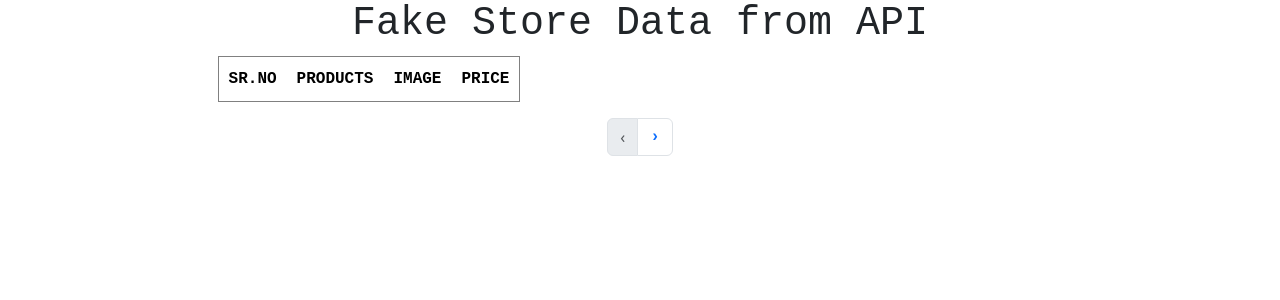
Repository: nisarg-patel612/Node_Integration_With_Frontend
Page: / (app in Frontend/FakeStore-API/)
These files come from the project's save history. The page is drawn as it stood at one moment and after the next save; the edit follows.
The browser window is 1280 px wide. The pictures show the whole page.
The page's requests for data from a server got no answer. The project was rebuilt for these pictures with package versions that can differ from the ones it lists, and the page was loaded fresh each time. No one was signed in, and anything a server would have sent is missing. Also part of the build but not shown: Frontend/FakeStore-API/vite.config.js, Frontend/FakeStore-API/src/index.css.

Above is the page before, as saved 2025-04-30 11:17:32.

After the next save:
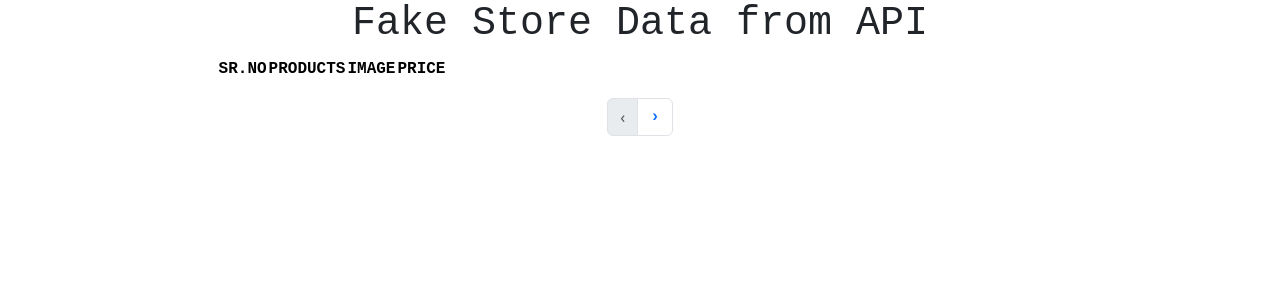
Saved 52 s later.
--- a/Frontend/FakeStore-API/src/Components/Fake_Store_API.jsx
+++ b/Frontend/FakeStore-API/src/Components/Fake_Store_API.jsx
@@ -22,7 +22,7 @@
     return (
         <div className='fakestore-api-main'>
             <h1 style={{ textAlign: 'center' }}>Fake Store Data from API</h1>
-            <table border="1" cellPadding="10px" cellSpacing="2px">
+            <table >
                 <thead>
                     <tr>
                         <th>Sr.No</th>

After the save that followed:
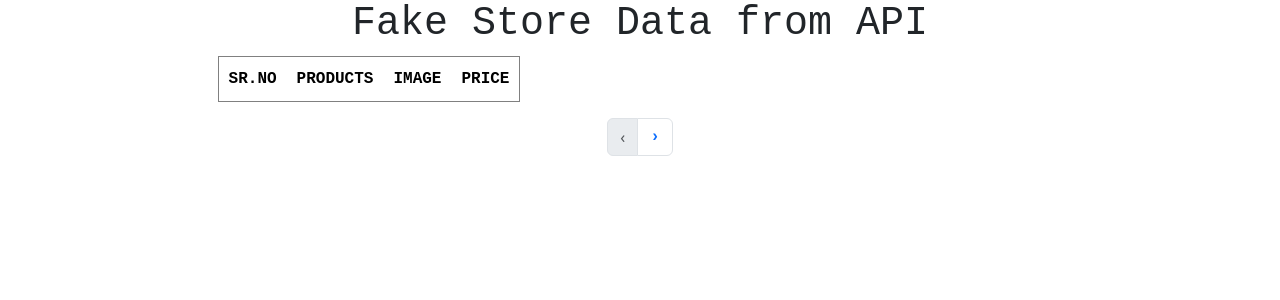
Saved 4 s later.
--- a/Frontend/FakeStore-API/src/Components/Fake_Store_API.jsx
+++ b/Frontend/FakeStore-API/src/Components/Fake_Store_API.jsx
@@ -22,7 +22,7 @@
     return (
         <div className='fakestore-api-main'>
             <h1 style={{ textAlign: 'center' }}>Fake Store Data from API</h1>
-            <table >
+            <table border="1" cellPadding="10px" cellSpacing="2px">
                 <thead>
                     <tr>
                         <th>Sr.No</th>
